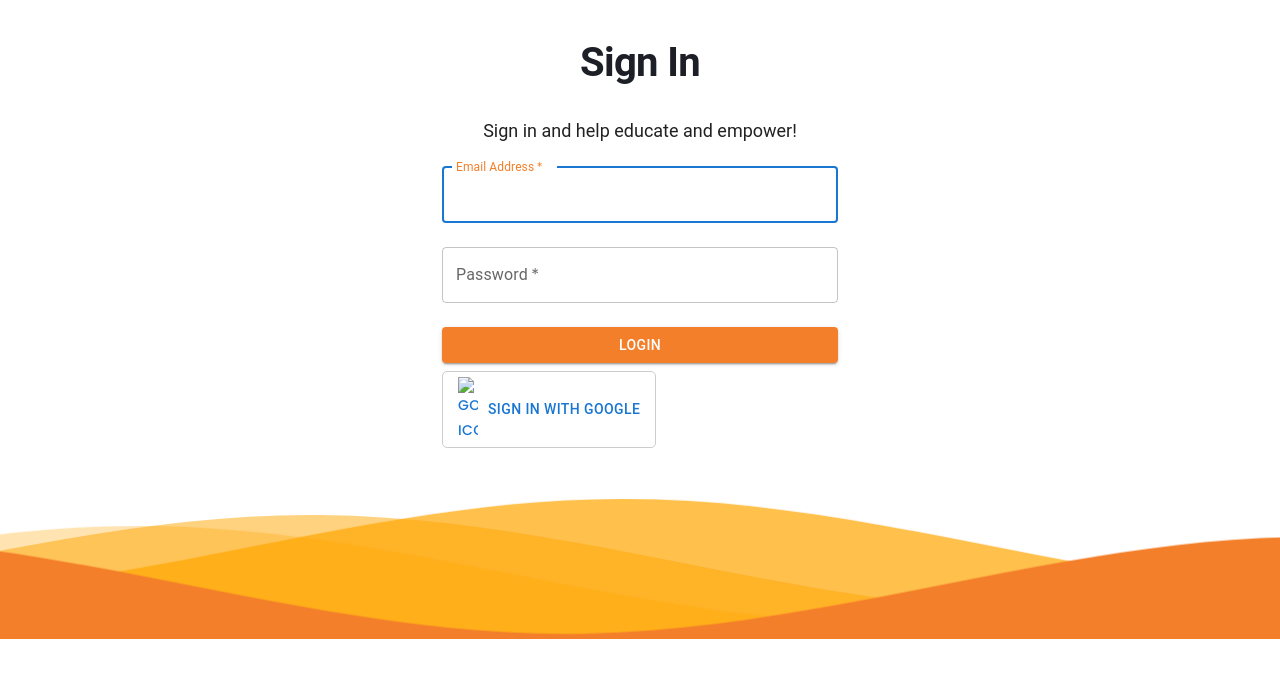
Repository: shubhampirate/Google_Solutions_Edural
Page: /
These files come from the project's save history. The page is drawn as it stood at one moment and after the next save; the edit follows.
The browser window is 1280 px wide. The pictures show the whole page.
The project was rebuilt for these pictures with package versions that can differ from the ones it lists, and the page was loaded fresh each time. Some packages were replaced by stand-ins written for this rebuild. Also part of the build but not shown: src/Components/CustomButton.jsx, src/Components/Navbar.jsx, src/Components/Footer.jsx, src/Components/CongratsCard.jsx, src/pages/Hero/Hero.jsx.

Above is the page before, as saved 2024-02-02 23:40:21.

After the next save:
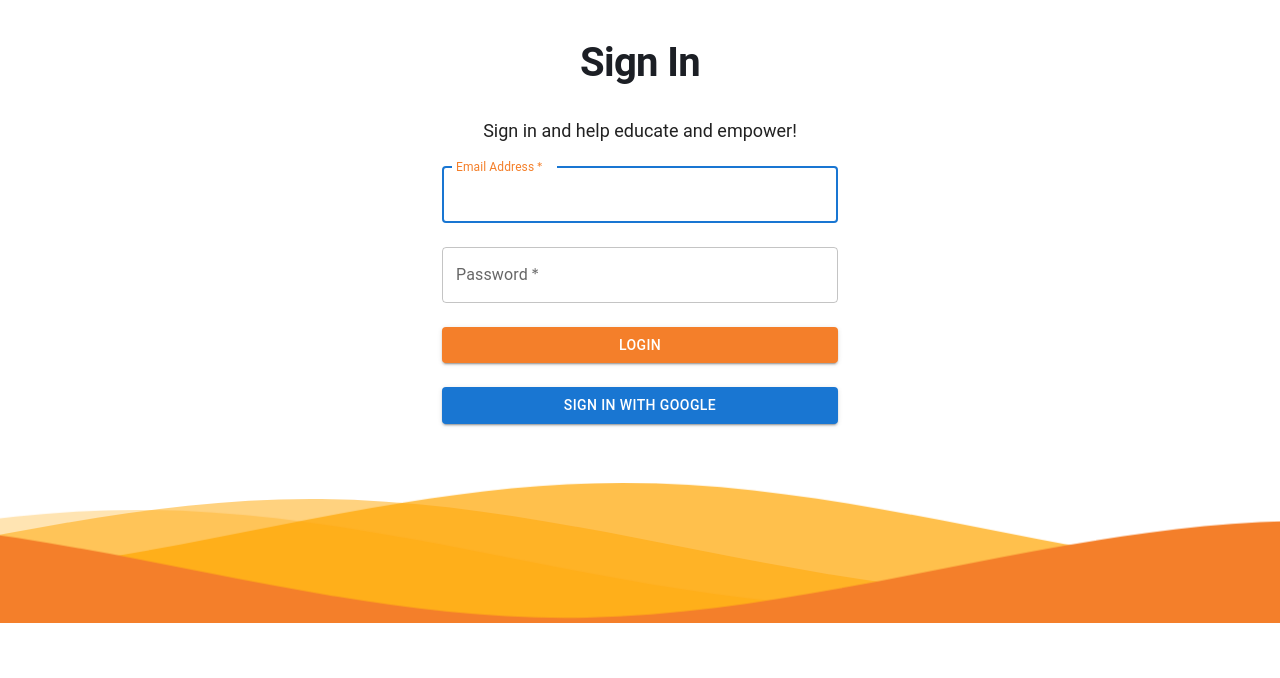
Saved 91 s later.
--- a/src/pages/Sign_in.jsx
+++ b/src/pages/Sign_in.jsx
@@ -178,17 +178,25 @@ export default function SignIn() {
             Login
           </Button>
           <Button
-    //   onClick={handleGoogleSignIn}
-      variant="outlined"
-      style={{ backgroundColor: '#fff', border: '1px solid #ccc', borderRadius: '5px', cursor: 'pointer' }}
-    >
-      <img
-        // src=
-        alt="Google Icon"
-        style={{ width: '20px', marginRight: '10px' }}
-      />
-      Sign In with Google
-    </Button>
+            type="submit"
+            fullWidth
+            variant="contained"
+
+            sx={{
+              mt: 2,
+              mb: 1,
+              backgroundColor: "#blue", // Background color on hover
+                color: "white", // Text color on hover
+                // borderColor: "#F47F2A", //
+              '&:hover': {
+                backgroundColor: "#fff", // Background color on hover
+                color: "#blue", // Text color on hover
+                borderColor: "#F47F2A", // Outline color on hover
+              },
+            }}
+          >
+            Sign In with Google
+          </Button>
           {/* <Grid container>
             <Grid item xs>
               <Link href="#" variant="body2">
